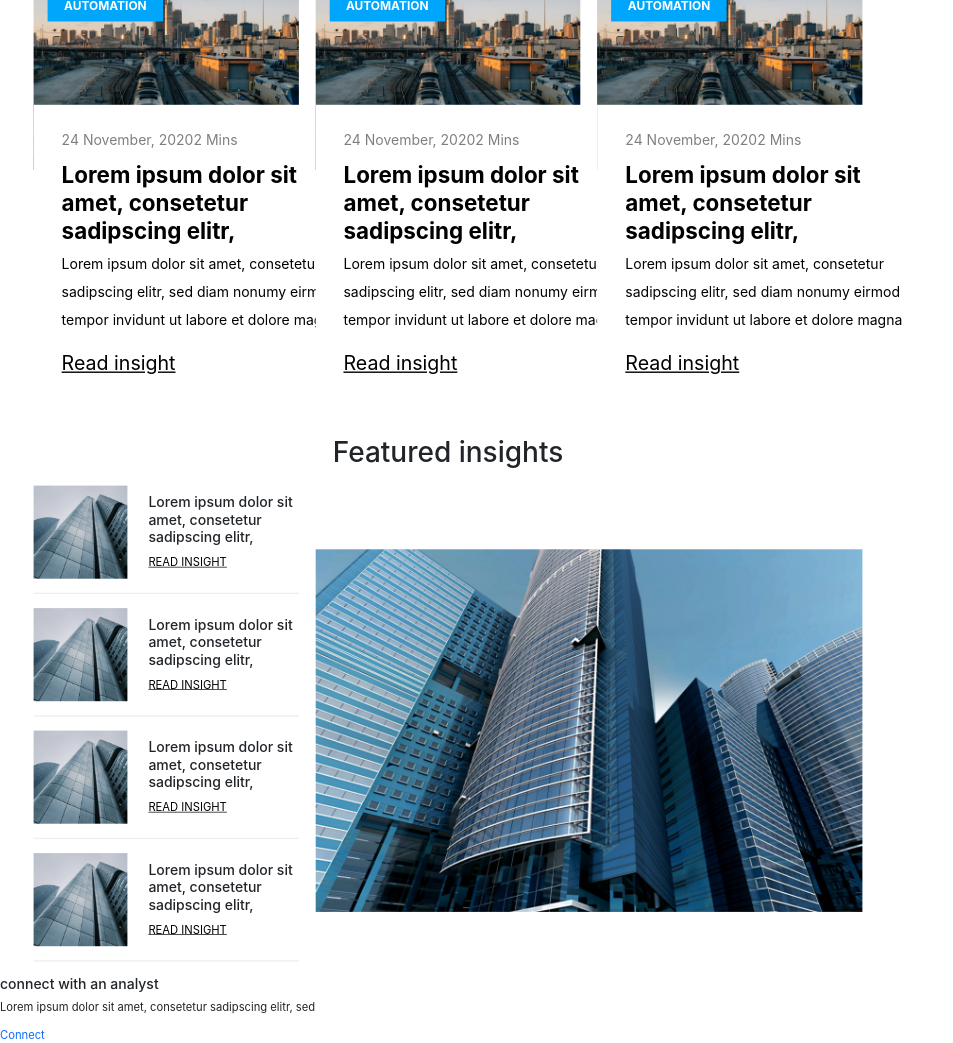
Repository: arif286/Business-webpage
Page: /
The author's editor kept a copy of each file at every save. The page is drawn from the files as they stood at one save, then again after the next save.
The browser window is 1280 px wide. The page is 1361 px wide, so the pictures cover 1361 px, including what lies to the right of the window. The pictures show the part of the page from y = 1414 to 3174 px (the page is 2904 px tall before and 3174 px after), at 70% of full size.
The project was rebuilt for these pictures with package versions that can differ from the ones it lists, and the page was loaded fresh each time. Also part of the build but not shown: src/components/MainHeader/MainHeader.css, src/components/NotFound/NotFound.js.

Above is the page before, as saved 2021-05-27 17:13:33.

After the next save:
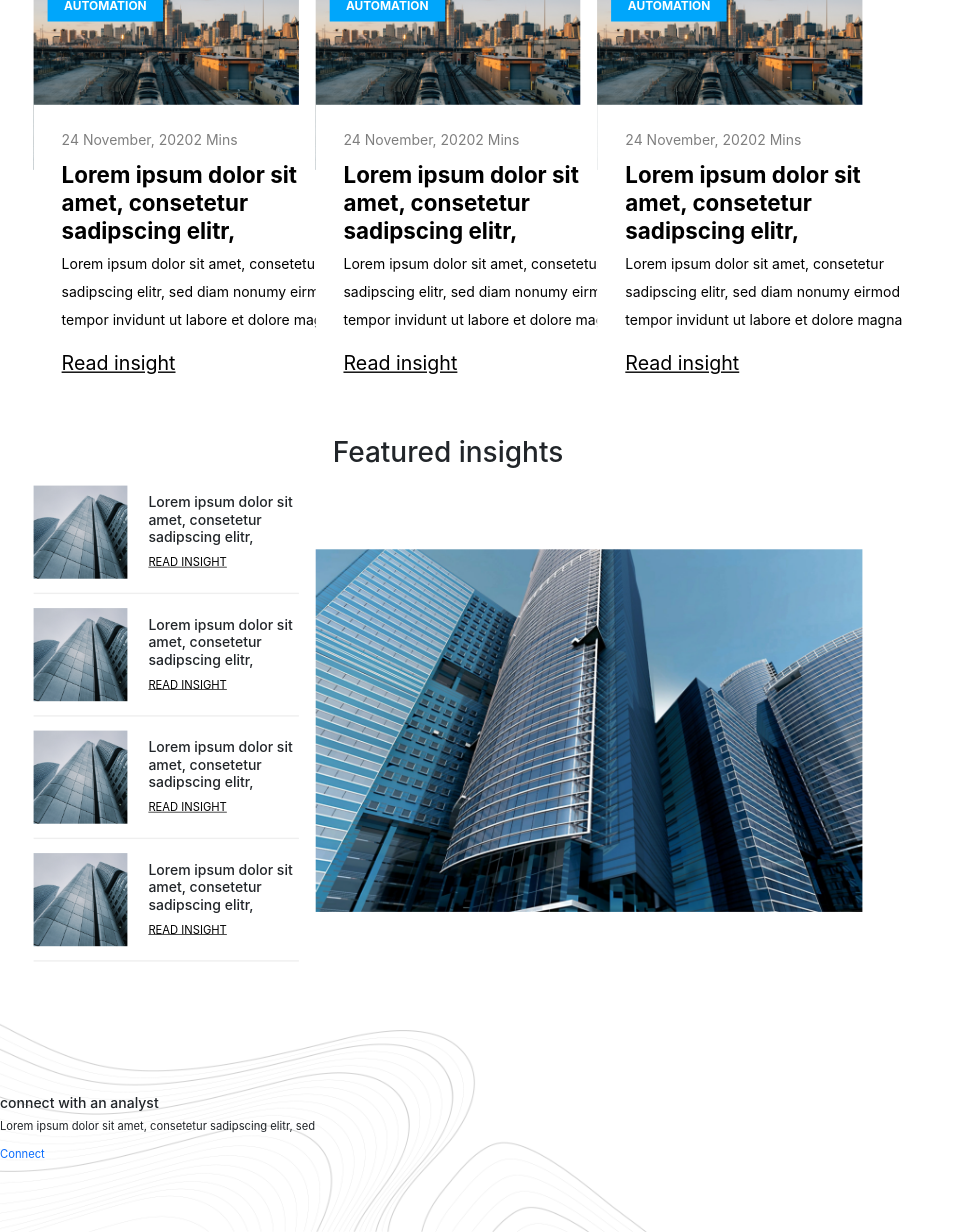
Saved 89 s later.
--- a/src/components/Contact/Contact.css
+++ b/src/components/Contact/Contact.css
@@ -1,3 +1,7 @@
 .contact-bg {
-  background-image: url();
+  background-image: url(../../Images/conect-bg.png);
+  padding-top: 170px;
+  padding-bottom: 100px;
+  background-size: 100% 100%;
+  background-position: center;
 }
